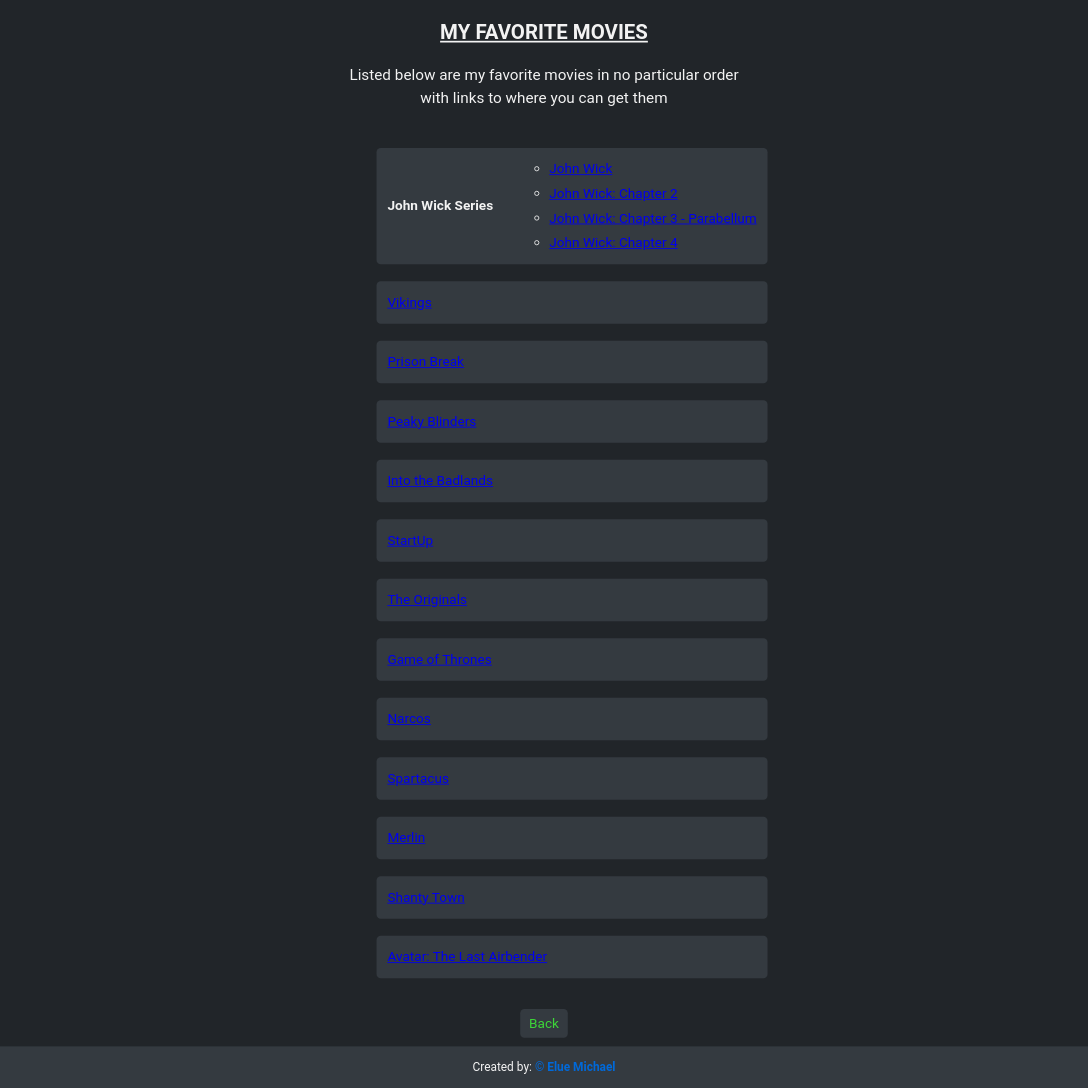
Repository: MikkyPrestige/html-website
Page: pages/movies.html
An editor plug-in stored every save of this project. The page is shown before and after the next save, followed by the edit.
The browser window is 1280 px wide. The pictures show the whole page, at 85% of full size.

Above is the page before, as saved 2023-04-29 14:03:17.

After the next save:
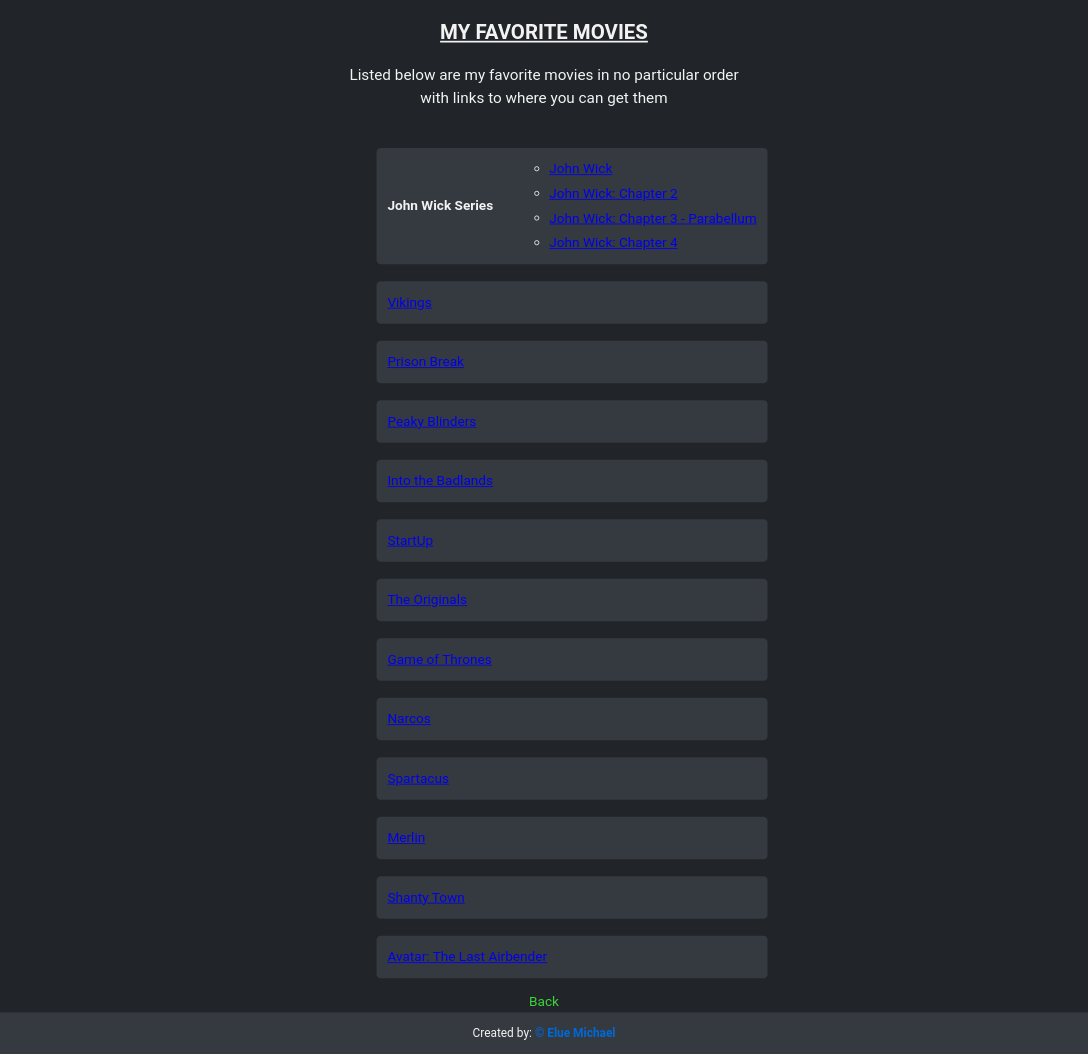
Saved 14 s later.
--- a/index.css
+++ b/index.css
@@ -170,9 +170,7 @@
   gap: 5px;
 }
 
-.list-item {
-
-}
+.list-
 
 
 

After the save that followed:
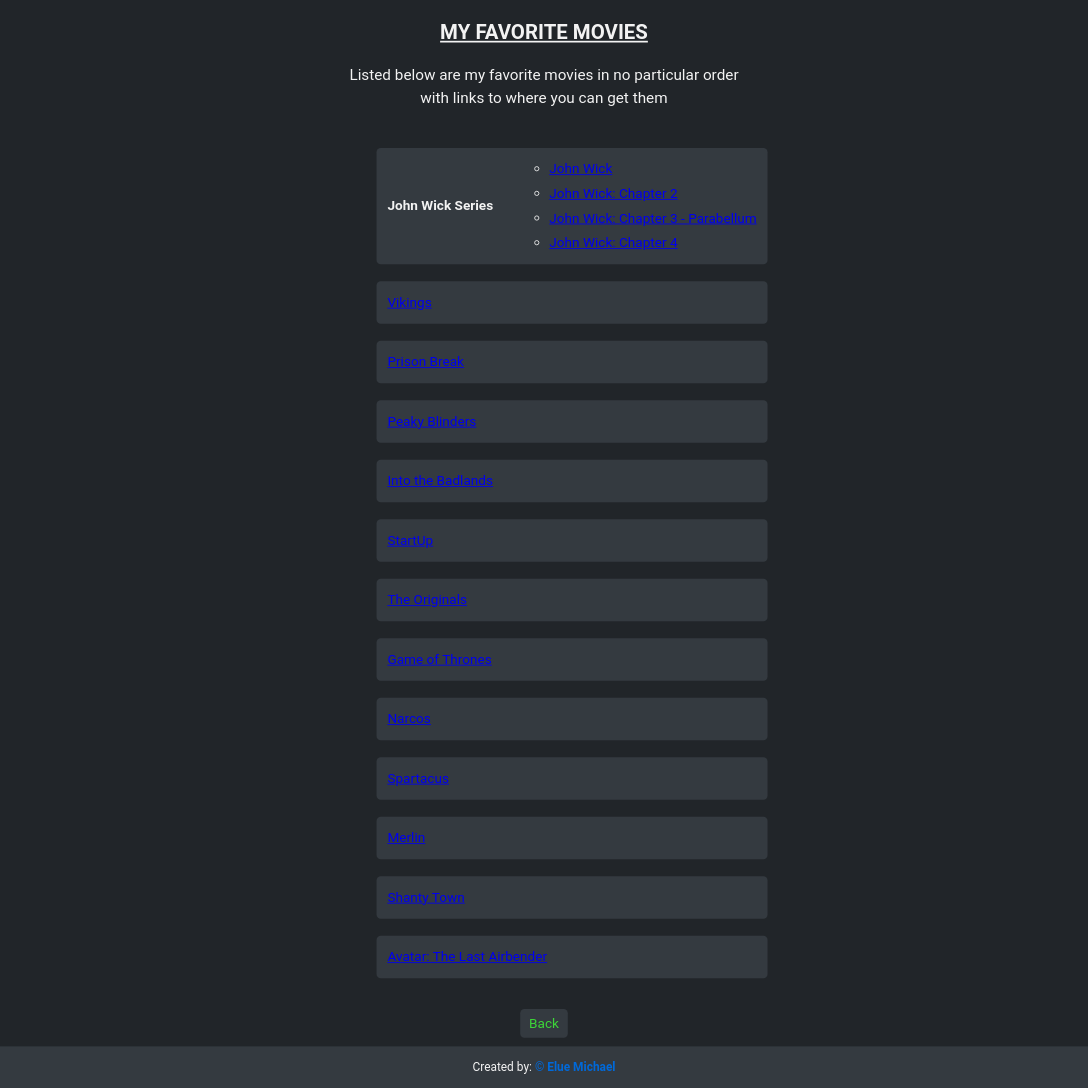
Saved 22 s later.
--- a/index.css
+++ b/index.css
@@ -170,7 +170,16 @@
   gap: 5px;
 }
 
-.list-
+.movie-list {
+  display: flex;
+  justify-content: space-between;
+  align-items: center;
+  width: 100%;
+  max-width: 500px;
+  padding: 13px;
+  border-radius: 5px;
+  background-color: #343a40;
+}
 
 
 
